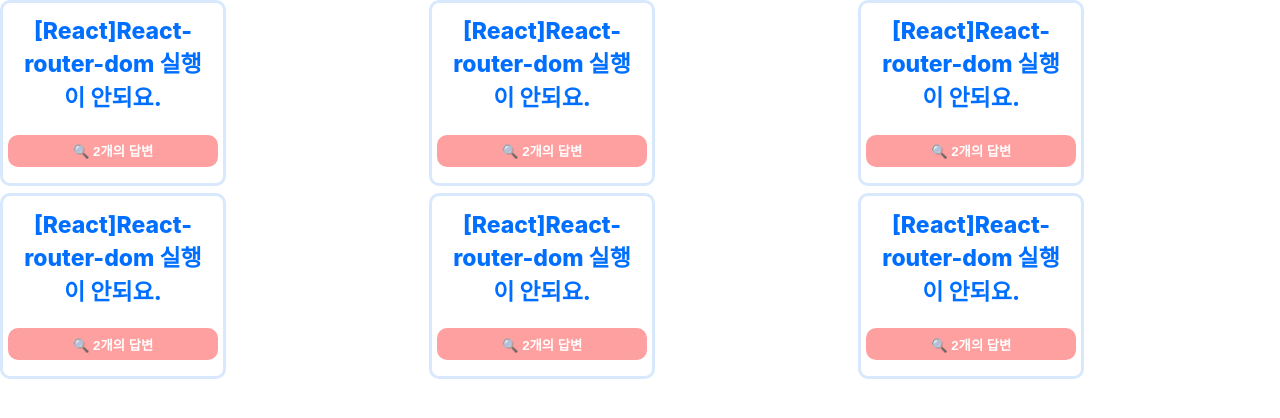
Repository: TeamCosine/Front
Page: /Qna
These files come from the project's save history. The page is drawn as it stood at one moment and after the next save; the edit follows.
The browser window is 1280 px wide. The pictures show the whole page.
The project was rebuilt for these pictures with package versions that can differ from the ones it lists, and the page was loaded fresh each time. Also part of the build but not shown: src/components/home/Card.js, src/pages/Home.js, src/pages/Profile.js, src/pages/Login.js, src/components/MyInfo/Card.js, src/pages/MyInfo.js, src/pages/Write.js, src/pages/Invite.js.

Above is the page before, as saved 2023-07-22 23:01:29.

After the next save:
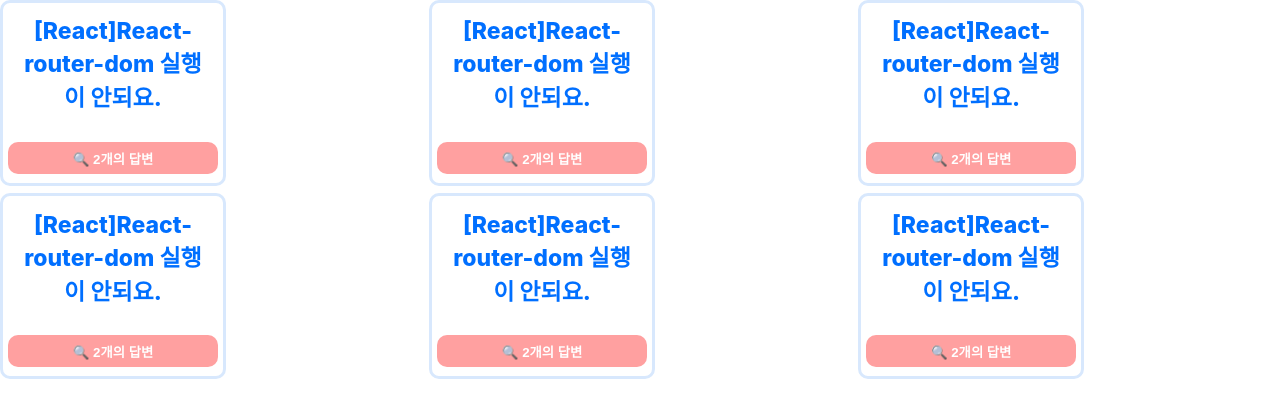
Saved 31 s later.
--- a/src/components/QNA/Card.js
+++ b/src/components/QNA/Card.js
@@ -15,7 +15,7 @@
    font-size: 23px;
    font-weight: 800;
    flex-shrink: 0;
-   padding-bottom: 3vh;
+   padding-bottom: 4vh;
    padding-left : 1vw;
    padding-right: 1vw;
 `;
